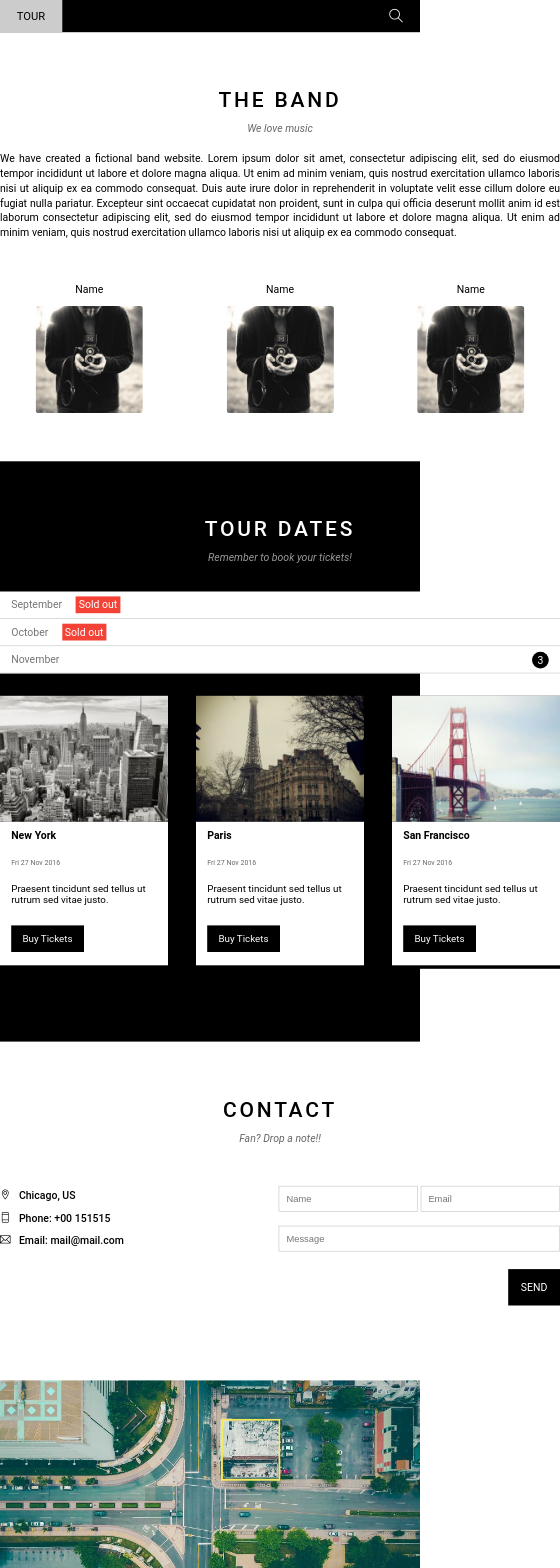
Repository: vuongld315/myLandingPage
Page: index.html
These files come from the project's save history. The page is drawn as it stood at one moment and after a run of saves; the edit follows.
The browser window is 600 px wide. The page is 800 px wide, so the pictures cover 800 px, including what lies to the right of the window. The pictures show the part of the page from y = 0 to 2240 px (the page is 2400 px tall before and 2705 px after), at 70% of full size.

Above is the page before, as saved 2022-07-27 20:27:54.

### index.html
<!DOCTYPE html>
<html lang="en">
<head>
    <meta charset="UTF-8">
    <meta http-equiv="X-UA-Compatible" content="IE=edge">
    <meta name="viewport" content="width=device-width, initial-scale=1.0">
    <title>Document</title>
    <link rel="stylesheet" href="./assets/css/base.css">
    <link rel="stylesheet" href="./assets/css/main.css">
    <link rel="stylesheet" href="./assets/css/responsive.css">
    <link rel="stylesheet" href="./assets/fonts/themify-icons/themify-icons.css">
</head>
<body>
    <div id="main">
        <div id="header">
            <div id="nav">
                <ul>
                    <li><a href="">Home</a></li>
                    <li><a href="">Band</a></li>
                    <li><a href="">Tour</a></li>
                    <li><a href="">Contact</a></li>
                    <li>
                        <a href="#">
                            More
                            <i class="nav-arrow-down ti-angle-down"></i>
                        </a>
                        <ul class="subnav">
                            <li><a href="">Merchadise</a></li>
                            <li><a href="">Extras</a></li>
                            <li><a href="">Media</a></li>
                        </ul>
                    </li>
                </ul>
            </div>
            <div class="search-btn">
                <i class="search-icon ti-search"></i>
            </div>
        </div>

        <div id="slider">
            <div class="slider-faded">
                <img src="/assets/img/slider1.jpg" alt="">
                <div class="text-content">
                    <h2 class="text-heading">Chicago</h2>
                    <div class="text-desciption">Thank you, Chicago - A night we won't forget.</div>
                </div>
            </div>
            <div class="slider-faded">
                <img src="/assets/img/slider2.jpg" alt="">
                <div class="text-content">
                    <h2 class="text-heading">Los Angeles</h2>
                    <div class="text-desciption">We had the best time playing at Venice Beach!</div>
                </div>
            </div>
            <div class="slider-faded">
                <img src="/assets/img/slider3.jpg" alt="">
                <div class="text-content">
                    <h2 class="text-heading">New York</h2>
                    <div class="text-desciption">The atmosphere in New York is lorem ipsum.</div>
                </div>
            </div>
        </div>
        <div id="content">
            <!-- About section -->
            <div class="content-section">
                <h2 class="section-heading">THE BAND</h2>
                <p class="section-sub-heading">We love music</p>
                <p class="about-text">We have created a fictional band website. Lorem ipsum dolor sit amet, consectetur adipiscing elit, sed do eiusmod tempor incididunt ut labore et dolore magna aliqua. Ut enim ad minim veniam, quis nostrud exercitation ullamco laboris nisi ut aliquip ex ea commodo consequat. Duis aute irure dolor in reprehenderit in voluptate velit esse cillum dolore eu fugiat nulla pariatur. Excepteur sint occaecat cupidatat non proident, sunt in culpa qui officia deserunt mollit anim id est laborum consectetur adipiscing elit, sed do eiusmod tempor incididunt ut labore et dolore magna aliqua. Ut enim ad minim veniam, quis nostrud exercitation ullamco laboris nisi ut aliquip ex ea commodo consequat.</p>
                <div class="member-list">
                    <div class="member-item">
                        <p class="member-name">Name</p>
                        <div class="member-img">
                          <img src="./assets/img/bandmember.jpg" alt="" class="member-avata">
                        </div>
                    </div>
                    <div class="member-item">
                        <p class="member-name">Name</p>
                        <div class="member-img">
                          <img src="./assets/img/bandmember.jpg" alt="" class="member-avata">
                        </div>
                    </div>
                    <div class="member-item">
                        <p class="member-name">Name</p>
                        <div class="member-img">
                          <img src="./assets/img/bandmember.jpg" alt="" class="member-avata">
                        </div>
                    </div>
                </div>
            </div>
            <!-- Tour-section -->
            <div class="tour-section" id = "section2">
                <div class="content-section">
                    <h2 class="section-heading text-white">TOUR DATES</h2>
                    <p class="section-sub-heading text-white">Remember to book your tickets!</p>
                    <ul class="ticket-list">
                        <li>September <span class="sold-out">Sold out</span></li>
                        <li>October <span class="sold-out">Sold out</span></li>
                        <li>November <span class="quantity">3</span></li>
                    </ul>
                    <div class="tour-list-items">
                        <div class="tour-list-item">
                            <img src="./assets/img/newyork.jpg" alt="" class="tour-item-img">
                            <div class="tour-list-container">
                                <h2 class="tour-item-country">New York</h2>
                                <div class="tour-list-time">Fri 27 Nov 2016</div>
                                <p class="tour-list-text">Praesent tincidunt sed tellus ut rutrum sed vitae justo.</p>
                                <a href="#section2" class="tour-list-buttom text-white">Buy Tickets</a>
                            </div>
                        </div>
                        <div class="tour-list-item">
                            <img src="./assets/img/paris.jpg" alt="" class="tour-item-img">
                            <div class="tour-list-container">
                                <h2 class="tour-item-country">Paris</h2>
                                <div class="tour-list-time">Fri 27 Nov 2016</div>
                                <p class="tour-list-text">Praesent tincidunt sed tellus ut rutrum sed vitae justo.</p>
                                <a href="#section2" class="tour-list-buttom text-white">Buy Tickets</a>
                            </div>
                        </div>
                        <div class="tour-list-item">
                            <img src="./assets/img/sanfran.jpg" alt="" class="tour-item-img">
                            <div class="tour-list-container">
                                <h2 class="tour-item-country">San Francisco</h2>
                                <div class="tour-list-time">Fri 27 Nov 2016</div>
                                <p class="tour-list-text">Praesent tincidunt sed tellus ut rutrum sed vitae justo.</p>
                                <a href="#section2" class="tour-list-buttom text-white">Buy Tickets</a>
                            </div>
                        </div>
                    </div>
                </div>
            </div>
            <!-- modal -->
            <div class="modal">
                <div class="modal-container">
                    <div class="modal-close">
                        <i class="ti-close"></i>
                    </div>
                    <div class="modal-header text-white">
                        <i class="ti-bag">
                            Tickets
                        </i>
                    </div>
                    <div class="modal-body">
                        <label for="ticket-quantity" class="modal-label">
                            <i class="ti-shopping-cart"></i>
                            Tickets, $15 per person
                        </label>
                        <input id="ticket-quantity" type="text" class="modal-input" placeholder="How many">
                        <label for="ticket-email" class="modal-label">
                            <i class="ti-user"></i>
                            Send To
                        </label>
                        <input id="ticket-email" type="text" class="modal-input" placeholder="Enter email">
                        <button id="buy-tickets">
                            Pay
                            <i class="ti-check"></i>
                        </button>
                    </div>
                    <div class="modal-footer">
                        <p class="modal-help">Need <a href="">help</a></p>
                    </div>
                </div>
            </div>
             <!-- Contact-section -->
            <div class="content-section">
                <h2 class="section-heading">CONTACT</h2>
                <p class="section-sub-heading">Fan? Drop a note!!</p>
                <div class="row">
                    <div class="col col-half">
                        <p><i class="ti-location-pin"></i>Chicago, US</p>
                        <p><i class="ti-mobile"></i>Phone: +00 151515</p>
                        <p><i class="ti-email"></i>Email: mail@mail.com</p>
                    </div>
                    <div class="col col-half">
                        <div class="col col-half-input">
                            <input type="text" placeholder="Name">
                            <input type="text" placeholder="Email">
                        </div>
                        <div class="col col-half-input-3">
                            <input type="text" placeholder="Message">
                        </div>
                    </div>
                </div>
                <div class="contact-button">
                   <p>SEND</p>
                </div>
            </div>
        </div>

        <div id="footer">
            <img src="./assets/img/map.jpg" alt="">
            <div class="footer-icon">
                <div class="footer-icon-list">
                    <div class="footer-icon-item">
                        <i class = "ti-facebook"></i>
                    </div>
                    <div class="footer-icon-item">
                        <i class = "ti-instagram"></i>
                    </div>
                    <div class="footer-icon-item">
                        <i class = "ti-dropbox"></i>
                    </div>
                    <div class="footer-icon-item">
                        <i class = "ti-twitter"></i>
                    </div>
                    <div class="footer-icon-item">
                        <i class = "ti-pinterest-alt"></i>
                    </div>
                    <div class="footer-icon-item">
                        <i class = "ti-linkedin"></i>
                    </div>
                </div>
            </div>
        </div>
    </div>
    <script src="./main.js"></script>
</body>
</html>

### assets/css/base.css
*   {
    box-sizing: inherit;
}

body    {
    padding-bottom:100px ;
}

html    {
    font-size: 62.5%;
    line-height: 1.6rem;
    font-family: 'Roboto', sans-serif;
    box-sizing: border-box;
}

.gird   {
    width: 1200px;
    max-width: 100%;
    margin: 0 auto;
}

.gird__full-width   {
    width: 100%;
}

.gird__row  {
    display: flex;
    flex-wrap: wrap;
}

### assets/css/main.css
body    {
    margin: 0;
    padding: 0;
}

#header {
    height: 46px;
    background-color: #000;
    display: flex;
    align-items: center;
    justify-content: space-between;
    position: fixed;
    top: 0;
    right: 0;
    left: 0;
    z-index: 1;
}

#nav ul {
    padding: 0;
}

#nav li {
    display: inline-block;
    position: relative;
}

#nav > ul > li > a   {
    color: #fff;
    text-transform: uppercase;
    padding: 0 24px;
    line-height: 46px;
}

#nav li a   {
    text-decoration: none;
    font-size: 1.6rem;
    display: inline-block;

}

#nav .subnav li:hover,
#nav > ul > li:hover > a {
    color:#000;
    background-color: #ccc;

}

#nav > ul > li:hover .subnav    {
    display: block;
}

#nav .subnav    {
    display: none;
    position: absolute;
    background-color: #fff;
    width: 160px;
    box-shadow: 0 0 10px rgba(0 ,0 ,0 , .3);
}

#nav .subnav li {
    width: 100%;
    list-style: none;
    padding: 12px;

}

#nav .subnav a  {
    color: #000;
    font-size: 1.4rem;
}

.nav-arrow-down {
    font-size: 1.2rem;
}

#header .search-btn {
    font-size: 20px;
    color: #fff;
    padding: 13px 24px;
    height: 100%;
}

#header .search-btn:hover   {
    background-color: #f44336;
    cursor: pointer;
}

#slider {
    margin-top: 46px;
    position: relative;
    width: 100%;
}

.slider-faded img   {
    width: 100%;
}

.text-content  {
    position: absolute;
    color: #fff;
    bottom: 48px;
    width: 100%;
    text-align: center;
}

.text-heading   {
    font-weight: 500;
    font-size: 24px;
}

.text-desciption    {
    font-size: 15px;
    margin-top: 25px;
}
.text-white {
    color: #fff !important;
}

/* about section */

#content .content-section   {
    width: 800px;
    margin: 0 auto;
    padding: 64px 0;
}

#content .content-section .section-heading  {
    font-size: 30px;
    font-weight: 500;
    text-align: center;
    letter-spacing: 4px;
}

#content .content-section .section-sub-heading  {
    font-size: 15px;
    text-align: center;
    margin-top: 25px;
    font-style: italic;
    opacity: 0.6;
}

#content .content-section .about-text   {
    text-align: justify;
    font-size: 15px;
    margin-top: 25px;
    line-height: 1.4;
}

#content .content-section .member-list  {
    margin-top: 48px;
    display: flex;
    justify-content: space-between;
    align-items: center;
}

#content .content-section .member-name  {
    font-size: 15px;
    text-align: center;
}

#content .content-section .member-img   {
    text-align: center;
}

#content .content-section .member-avata {
    width: 60%;
    border-radius: 4px;
}


/* tour section */

#content .tour-section  {
    background-color: #000;
}

#content .tour-section .ticket-list {
    background-color: #fff;
    margin-top: 40px;
    padding: 0;
}

#content .tour-section .ticket-list > li    {
    list-style: none;
    font-size: 15px;
    padding: 11px 16px;
    margin-left: 0;
    border-bottom: 1px solid #ccc;
    color: #757575;
}

#content .tour-section .ticket-list .sold-out   {
    background-color: #f44336;
    color: #fff;
    padding: 3px 4px;
    margin-left: 16px;
}

#content .tour-section .ticket-list .quantity   {
    float: right;
    width: 24px;
    height: 24px;
    background-color: #000;
    color: #fff;
    border-radius: 50%;
    text-align: center;
    line-height: 24px;
    margin-top: -3px;
}

#content .tour-section .tour-list-items  {
    background-color: #000;
    display: flex;
    justify-content: space-between;
    margin-top: 32px;
}

#content .tour-section .tour-list-item {
    width: 30%;
    height: 390px;
    display: flex;
    flex-direction: column;
}

/* <!-- Tour-section */
.tour-list-items    {
    margin-bottom: 40px;
}

.tour-item-img  {
    width: 100%;
}

.tour-item-img:hover    {
    opacity: 0.6;
}

.tour-list-container    {
    padding-left: 16px;
    background-color: #fff;
    height: 205px;
}

.tour-list-time {
    opacity: 0.6;
    padding: 10px 0 20px;
}

.tour-list-text {
    font-size: 1.4rem;
    margin-top: 0;
}

.tour-list-buttom   {
    padding: 11px 16px;
    text-decoration: none;
    background-color: #000;
    font-size: 1.4rem;
    margin-top: 15px;
    display: inline-block;

}

.tour-list-buttom:hover   {
    opacity: 0.6;
}

.modal  {
    position: fixed;
    top: 0;
    left: 0;
    bottom: 0;
    right: 0;
    background-color: rgba(0 ,0 ,0 , .4);
    display: none;
    justify-content: center;
    align-items: center;
}

.open   {
    display: flex;
}

.modal-container    {
    background-color: #fff;
    width: 900px;
    max-width: calc(100%-32px);
    min-height: 200px;
    position: relative;
}

.modal-close    {
    position: absolute;
    right: 0;
    top: 0;
    color: #ccc;
    padding: 12px;
    cursor: pointer;
}

.modal-close:hover  {
    opacity: 0.8;
    background-color: #757575;
}

.modal-header   {
    background-color: #009688;
    height: 130px;
    display: flex;
    justify-content: center;
    align-items: center;
    font-size: 30px;
    letter-spacing: 4px;
}

.modal-body {
    height: 240px;
    display: flex;
    flex-direction: column;
    padding: 0 16px;
    justify-content: space-around;
    margin-bottom: 40px;
}

.modal-label    {
    font-size: 1.5rem;
    font-weight: 500;
    margin-top: 18px;
}

.modal-input    {
    padding: 10px;
    font-size: 15px;
    border: 1px solid #ccc;
    margin-bottom: 20px;
}

#buy-tickets    {
    background-color: #009688;
    border: none;
    color: #fff;
    font-size: 15px;
    text-transform: uppercase;
    padding: 18px;
}

#buy-tickets:hover  {
    opacity: 0.8;
    cursor: pointer;
}

.modal-footer  {
    text-align: right;
    padding: 0 16px;
    font-size: 1.5rem;
    padding-bottom: 16px;
}

.modal-footer a     {
    color: #2196F3;
}

.row    {
    display: flex;
    justify-content: space-between;
    margin-top: 50px;
}

.col-half   {
    font-size: 1.5rem;
    font-weight: 500;
}

.col-half i {
    margin-right: 12px;
}

.col-half input {
    padding: 10px;
    margin: 10px 0;
    border: 1px solid #ccc;
}

.col-half-input-3 input   {
    width: 100%;
}

.contact-button p {
    font-size: 15px;
    padding: 18px;
    background-color: #000;
    color:#fff;
    display: block;
    float: right;
}

#footer {
    margin-top: 110px;
    margin-bottom: 70px;
    height: inherit;
}

#footer img{
    width: 100%;
}

.footer-icon-list   {
    display: flex;
}

### assets/css/responsive.css
/* PC */

@media (min-width: 1024px)  {

}


/* Tablet */

@media (min-width: 740px) and (max-width: 1023px)   {

}

/* Mobile */

@media (max-width: 740px)   {
   #nav > ul > li    {
        display: block;
    }

    #slider {
        width: 100%;
    }

    #slider img     {
        display: none;
    }
}

### main.js
// slide
var slideIndex = 0;
var slides = document.querySelectorAll('.slider-faded');
function showSlides()   {
    for (var i = 0; i < slides.length; i++) {
        slides[i].style.display = "none";
    }
    slideIndex++;
    if (slideIndex > slides.length) {
        slideIndex = 1
    }
    slides[slideIndex-1].style.display = "block";
    setTimeout(showSlides, 2000);
}
showSlides();

// Open modal
var modal = document.querySelector('.modal');
var btns = document.querySelectorAll('.tour-list-buttom');
btns.forEach((btn,index) => {
    btn.onclick = function () {
        modal.style.display = "flex";
    }
})

// close modal
var close = modal.querySelector('.modal-close');
close.onclick = function () {
    modal.style.display = "none";
}
window.onclick = function (e)   {
    if (e.target == modal)  {
        modal.style.display = "none";
    }
}

Loaded but not shown: assets/fonts/themify-icons/themify-icons.css (common file)

After the next 2 saves:
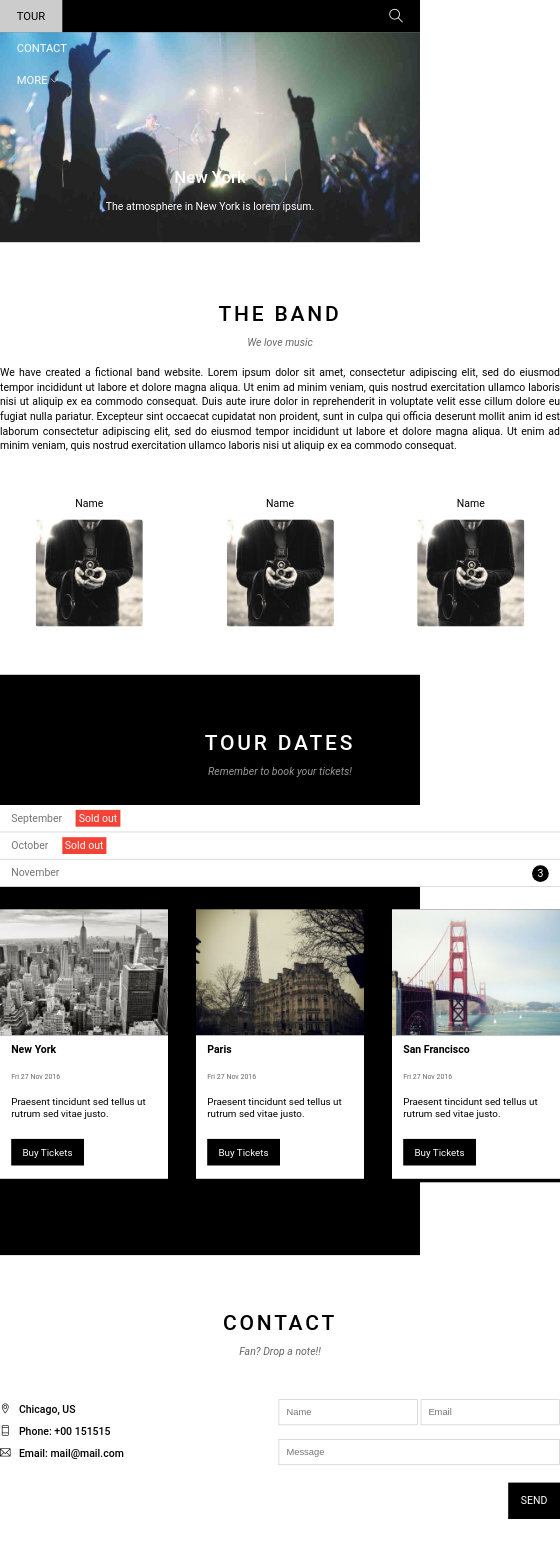
The 2 saves are shown as one change because they came seconds apart.
The last was saved 40 h 10 min later.
--- a/assets/css/responsive.css
+++ b/assets/css/responsive.css
@@ -21,8 +21,4 @@
     #slider {
         width: 100%;
     }
-
-    #slider img     {
-        display: none;
-    }
 }
